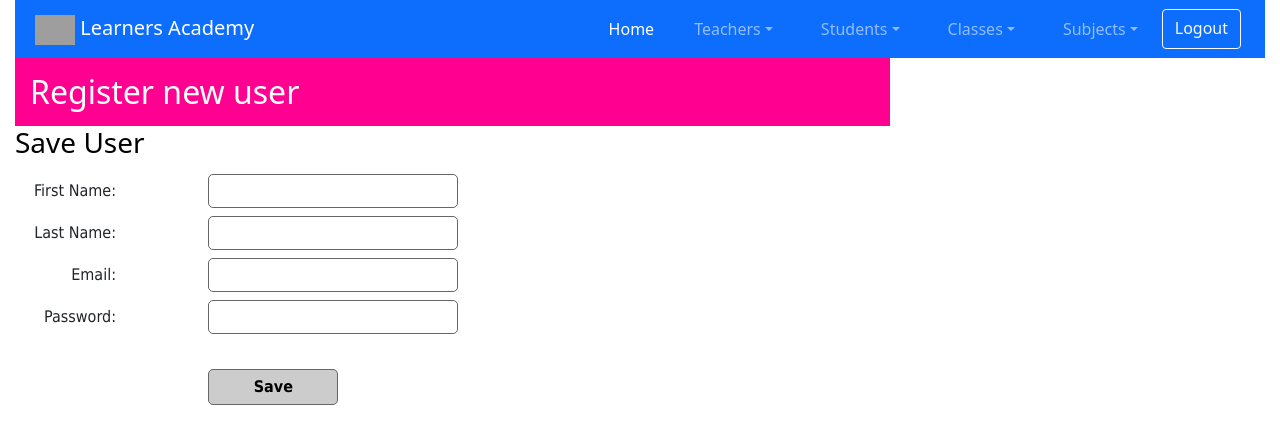
Repository: anuragkr41/FSDPhase3
Page: http://localhost/sporty-shoes/WEB-INF/view/registration-form.jsp
An editor plug-in stored every save of this project. The page is shown before and after the next save, followed by the edit.
The browser window is 1280 px wide. The pictures show the whole page.
Pictures or frames that could not be fetched are drawn as grey boxes. The page is served by Tomcat 9. Nobody is signed in. The template is opened directly, without the code that normally fills it, so the values that code supplies are empty.

Above is the page before, as saved 2021-07-25 17:12:35.

After the next save:
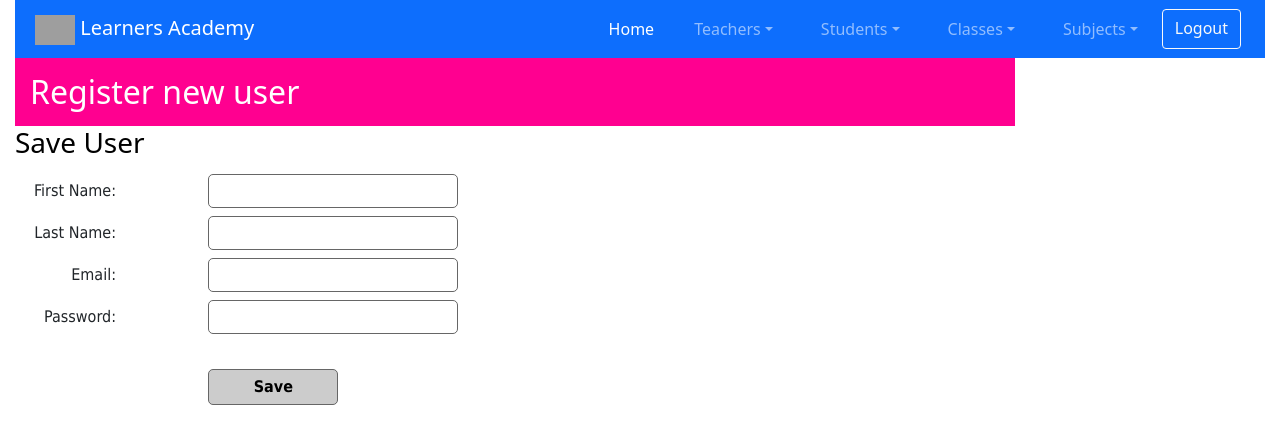
Saved 12 s later.
--- a/sporty-shoes/WebContent/resources/css/style.css
+++ b/sporty-shoes/WebContent/resources/css/style.css
@@ -27,7 +27,7 @@ tr:nth-child(even) {background: #FFFFFF}
 tr:nth-child(odd) {background: #BBBBBB}
 
 #wrapper {width: 100%; margin-top: 0px; }
-#header {width: 70%; background: #ff0090; margin-top: 0px; padding:15px 0px 15px 15px;}
+#header {width: 80%; background: #ff0090; margin-top: 0px; padding:15px 0px 15px 15px;}
 #header h2 {width: 100%; margin:auto; color: #FFFFFF;}
 #container {width: 100%; margin:auto}
 #container h3 {color: #000;}
